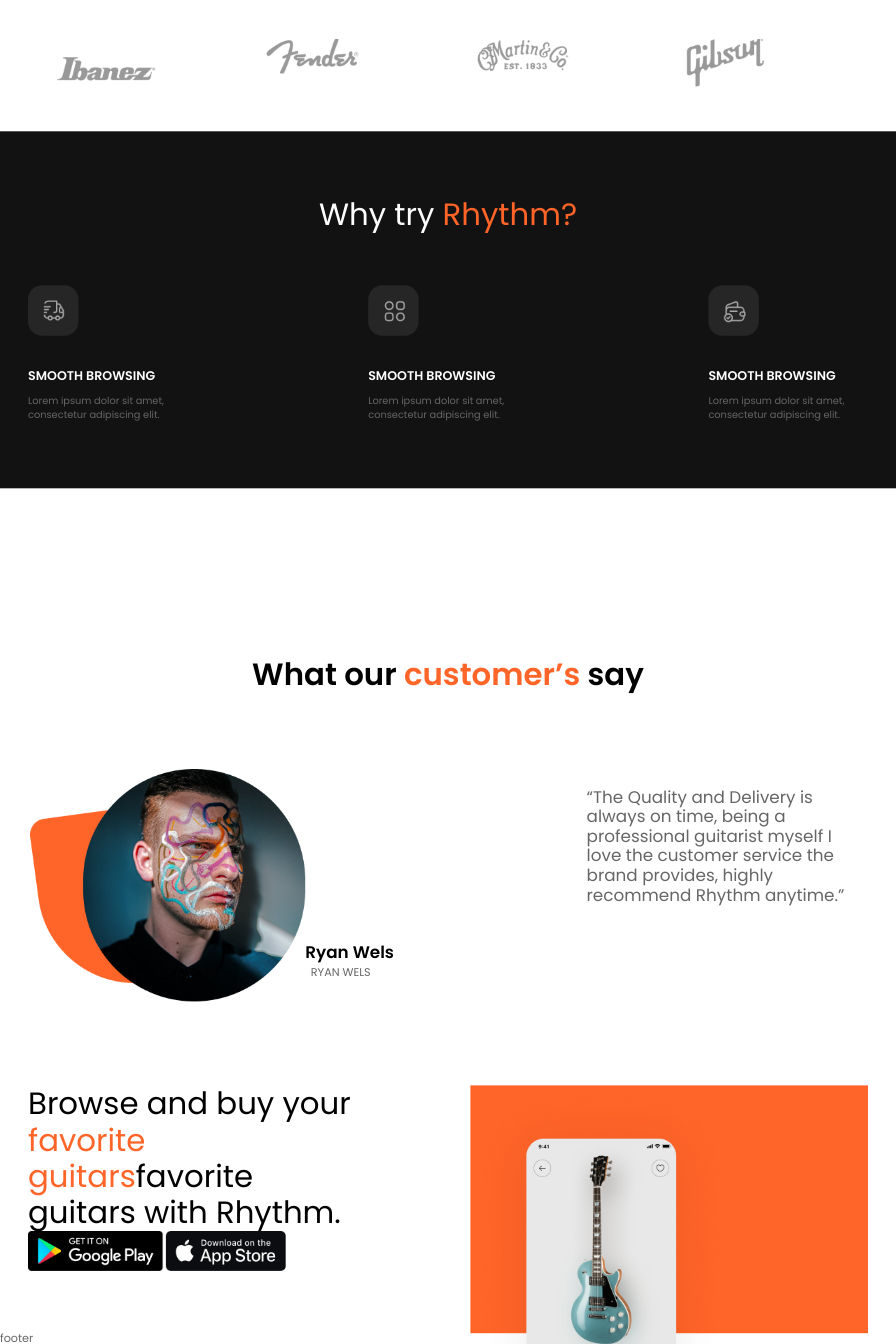
Repository: MorgunovaAlexandra/verstka-gitare-store
Page: index.html
These files come from the project's save history. The page is drawn as it stood at one moment and after a run of saves; the edit follows.
The browser window is 1280 px wide. The pictures show the part of the page from y = 2622 to 4542 px (the page is 4542 px tall), at 70% of full size.

Above is the page before, as saved 2022-06-11 20:01:16.

### index.html
<!DOCTYPE html>
<html lang="en">
<head>
    <meta charset="UTF-8">
    <meta http-equiv="X-UA-Compatible" content="IE=edge">
    <meta name="viewport" content="width=device-width, initial-scale=1.0">
    <link rel="stylesheet" href="./style.css">
    <title>Document</title>
</head>
<body>
    <div class="wrapper">
        <header class="header">
            <div class="header__container _container">
                <a href="" class="header__logo">
                    <img src="./img/logo.svg" alt="">
                </a>
                <nav class="header__menu menu">
                    <ul class="menu__list">
                        <li class="menu__item">
                            <a href="" class="menu__link">Store</a>
                        </li>
                        <li class="menu__item">
                            <a href="" class="menu__link">Collections</a>
                        </li>
                        <li class="menu__item">
                            <a href="" class="menu__link">Support</a>
                        </li>
                    </ul>
                </nav>
            </div>
        </header>
        <main class="page">
            <section class="page__main main">
                <div class="main__container _container">
                    <div class="main__content">
                        <h1 class="main__title">Browse top quality <span>Guitars</span> online</h1>
                        <p class="main__text">Explore 50k+ latest collections of branded guitars online with Rhythm.</p>
                        <div class="main_actions actions-main">
                            <a href="" class="actions-main__button">Get the App</a>
                            <div class="actions-main__icon"><img src="./img/Group.png" alt="playMarket"></div>
                            <div class="actions-main__icon"><img src="./img/Apple logo.png" alt="apple"></div>
                        </div>
                    </div>
                    <div class="main_decor decor-main">
                        <div class="decor-main__image">
                            <img  src="./img/unsplash_H6j0Zsy91WY.png"alt="Main">
                        </div>
                    </div>
                </div>
            </section>
            <section class="page_store store">
               <div class="store_container _container">
                   <h2 class="store_title _title">
                    Check out the <span>Store</span>
                   </h2>
                   <div class="store__body body-store">
                       <div class="body-store__header">
                           <div class="body-store__title">NEW ON THE BOARD</div>
                           <a class="body-store__all">view all</a>
                       </div>
                       <div class="body-store__items">
                           <div class="body-store__item item">
                             <a href="" class="item__image">
                                 <img class="img-gitara" src="./img/1gitara.jpg" alt="gitare">
                             </a>
                             <div class="item__title">The Essential Les Paul</div>
                             <div class="item__price">$1,299.00</div>
                           </div>
                           <div class="body-store__item item">
                            <a href="" class="item__image">
                                <img  class="img-gitara" src="./img/2gitare.jpg" alt="gitare">
                            </a>
                            <div class="item__title">J-45 Standard</div>
                            <div class="item__price">$1,699.00</div>
                          </div>
                          <div class="body-store__item item">
                            <a href="" class="item__image">
                                <img  class="img-gitara" src="./img/3gitare.jpg" alt="gitare">
                            </a>
                            <div class="item__title">Hummingbird Standard</div>
                            <div class="item__price">$2,099.00</div>
                          </div>

                       </div>
                    <div class="body-store__header he">
                        <div class="body-store__title">TOP SELLING</div>
                        <a class="body-store__all">view all</a>
                    </div>
                       <div class="body-store__items">
                        <div class="body-store__item item">
                            <a href="" class="item__image">
                                <img class="img-gitara" src="./img/4gitare.jpg" alt="gitare">
                            </a>
                            <div class="item__title">Active Precision Bass® PH V</div>
                            <div class="item__price">$4,199.00</div>
                        </div>
                        <div class="body-store__item item">
                            <a href="" class="item__image">
                                <img class="img-gitara" src="./img/5gitare.jpg" alt="gitare">
                            </a>
                            <div class="item__title">Redondo Special</div>
                            <div class="item__price">$2,800.00</div>
                        </div>
                        <div class="body-store__item item">
                            <a href="" class="item__image">
                                <img class="img-gitara" src="./img/6gitare.jpg" alt="gitare">
                            </a>
                            <div class="item__title">Professional II Stratocaster®</div>
                            <div class="item__price">$3,199.00</div>
                        </div>
                      </div>
                   </div>
               </div>
            </section>
            <section class="page_categories categories">
              <div class="categories__container _container">
                <h2 class="categories__title _title">
                    Choose based on <span>Categories</span>
                </h2>
                <div class="categories__items">
                   <div class="categories__item item">

                       <img class="item__img" src="./img/categories/Rectangle 139.jpg">
                        <h2 class="item__titlee ">Acoustic</h2>
                   </div>
                   <div class="categories__item item">
                    <img class="item__img" src="./img/categories/Rectangle 140.jpg">
                     <h2 class="item__titlee">Acoustic</h2>
                </div>
                <div class="categories__item item">
                    <img class="item__img" src="./img/categories/Rectangle 141.jpg">
                     <h2 class="item__titlee">Acoustic</h2>
                </div>
                <div class="categories__item item">
                    <img class="item__img" src="./img/categories/Rectangle 142.jpg">
                     <h2 class="item__titlee">Acoustic</h2>
                </div>
                </div>
              </div>

            </section>
            <section class="page__brand brand">
                <div class="brand__container _container">
                    <h2 class="brand__title _title">Featuring the <span>Best Brands</span></h2>

                <div class="brand__items">
                   <div class="brand__item item">
                      <img src="./img/brand/Frame.jpg" alt="brand">
                   </div>
                  <div class="brand__item item">
                    <img src="./img/brand/Group.jpg" alt="brand">
                  </div>
                  <div class="brand__item item">
                    <img src="./img/brand/Group.png" alt="brand">
                  </div>
                  <div class="brand__item item">
                    <img src="./img/brand/Group — копия.png" alt="brand">
                  </div>
                  <div class="brand__item item">
                    <img src="./img/brand/image 3.png" alt="brand">
                  </div>
                  <div class="brand__item item">
                    <img src="./img/brand/image 4.png" alt="brand">
                  </div>
                  <div class="brand__item item">
                    <img src="./img/brand/image 6.png" alt="brand">
                  </div>
                  <div class="brand__item item">
                    <img src="./img/brand/image 8.png" alt="brand">
                  </div>
                </div>
                </div>
            </section>
            <section class="page__rhuthm rhuthm _black">
               <div class="rhuthm__container _container">
                   <div class="rhuthm__title _title">Why try<span> Rhythm?</span></div>
                   <div class="rthuthm__items">
                       <div class="rthuthm__item item">
                           <div class="img_rthuthm">
                            <img class="img-group" src="./img/vidget/group.png">
                            <img class="item__vidget-img" alt="vidget" src="./img/vidget/Rectangle 135.png">
                           </div>
                           <h2 class="item__title-vidget">Smooth Browsing</h2>
                           <div class="item__text-vidget">Lorem ipsum dolor sit amet, consectetur adipiscing elit.</div>
                       </div>
                       <div class="rthuthm__item item">
                        <div class="img_rthuthm">
                            <img class="img-group" src="./img/vidget/category-2.png">
                             <img class="item__vidget-img" alt="vidget" src="./img/vidget/Rectangle 136.png">
                        </div>
                        <h2 class="item__title-vidget">Smooth Browsing</h2>
                        <div class="item__text-vidget">Lorem ipsum dolor sit amet, consectetur adipiscing elit.</div>
                    </div>
                    <div class="rthuthm__item item">
                        <div class="img_rthuthm">
                            <img class="img-group" src="./img/vidget/empty-wallet-tick.png">
                             <img class="item__vidget-img" alt="vidget" src="./img/vidget/Rectangle 137.png">
                        </div>
                        <h2 class="item__title-vidget">Smooth Browsing</h2>
                        <div class="item__text-vidget">Lorem ipsum dolor sit amet, consectetur adipiscing elit.</div>
                    </div>
                   </div>
               </div>
            </section>
            <section class="page__castomers castomers">
                <div class="castomers__container _container">
                      <h2 class="castomers__title _title">What our <span>customer’s</span> say</h2>

                <div class="castomers__body ">

                        <img class="body__img" src="./img/castomers/Group 5203.png" alt="chel">

                    <div class="body__text">
                        <div class="body__text-text">“The Quality and Delivery is always on time, being a professional guitarist myself I love the customer service the brand provides, highly recommend Rhythm anytime.”</div>
                        <div class="body__name">Ryan Wels</div>
                        <div class="body__prof">Ryan Wels</div>
                    </div>
                </div>
            </div>
            </section>
            <section class="page__browse browse">
                 <div class="browse__container _container">
                    <div class="browse__block1">
                        <div class="browse__title _title">Browse and buy your <span>favorite guitars</span>favorite guitars with Rhythm.</div>
                        <img src="./img/browse/Mobile app store badge.png" alt="brows">
                        <img src="./img/browse/Mobile app store badge — копия.png" alt="brows">
                    </div>
                    <div class="browse__block2">
                        <img src="./img/browse/guitar s1.png">
                        <img src="./img/browse/guitar s3.png">
                    </div>

                 </div>
            </section>
        </main>
        <footer class="footer">footer</footer>
    </div>

</body>
</html>

### style.css
@import url('https://fonts.googleapis.com/css2?family=Poppins:wght@400;500;600&display=swap');
*,*::before,*::after{
    margin: 0;
    padding: 0;
    box-sizing: border-box;
    border: none;
}
html,body{
    height: 100%;
    min-width: 320px;
}
body{
    line-height: 1;
    font-family: Poppins;
    font-size: 16px;
    color:#666666;
}
ul{}
li{
    list-style: none;
}
a{
    text-decoration: none;
    color:#666666;
    font-weight: 500;

}
/*-----------------------------------*/
._container{
    max-width: 1230px;
    margin: 0 auto;
    padding: 0px 15px;
}
._title{
    font-size: 44px;
    line-height: 52px;
    color:black
}
._title span{
    color:#FF6428
}
/*-----------------------------------*/
.wrapper{
    display: flex;
    flex-direction: column;
    min-height: 100%;
    overflow: hidden;
}

/*------------------header------------------*/
.header__container{
    display: flex;
    gap:131px;
    min-height: 152px;
    align-items: center;
}
.header__logo{

}
.menu__list{
    display: flex;
    gap:56px;
}
.menu__item{
padding: 5px;
background-color:rgba(255,255,255,0.5);
}
.header{
    position: absolute;
    top:0;
    left: 0;
    width: 100%;
    z-index: 20;
}
@media(max-width:1092px) {
    .header__container{
        gap:50px;
        min-height: 100px;
    }
    .menu__list{
        gap:40px;
    }
}
@media(max-width:768.98px){
    .header__container{
        min-height: 50px;
    }
}
@media(max-width:479.98px){
    .menu__list{
        gap:20px
    }
    .header__logo{
        width: 28px;
        overflow: hidden;
        flex: 0 0 28px
    }
    .header__container{
        gap:20px;
    }
    .menu{
        padding: 0;
    }
}
/*------------------main------------------*/
.page{
    flex:1 1 auto
}
.page__main {
}
.main {
    padding-bottom: 80px;
}
.main__container {
    display: flex;
}
._container {
}
.main__content {
    display: flex;
    flex-direction: column;
    justify-content: space-between;
    flex:1 1 50%;
    align-self: flex-end;
    padding-bottom: 60px;
    padding-top: 120px;
    padding-right: 20px;
}
.main__title {
    font-size: 3.5rem;
    line-height: 67px;
    color:black;
    margin-bottom: 16px;
}
.main__title span{
    color:#FF6428
}
.main__text {
    margin-bottom: 34px;
    font-size: 1.5rem;
}
.main_actions {
}
.actions-main {
    display: flex;
    gap: 40px;
    align-items: center;
}
.actions-main__button {
    background-color: #FF6428;
    color:white;
    padding: 18px 48px;
    border-radius: 40px;
    text-align: center;
    transition: all 0.3s ease 0s;
}
.actions-main__button:hover{
    background-color:#b03808
}
.actions-main__icon {
}
.main_decor {
    flex:1 1 50%
}
.decor-main {
}
.decor-main__image {
    margin-right: -135px;
    position: relative;


}
.decor-main__image img{
    max-width: 672px;
}
.decor-main__image::after{
    content: "";
    background: url("./img/Group\ 5189.png");
    width: 80px;
    height: 80px;
    position: absolute;
    right: 36%;
    bottom: 0;
    transform: translate(0,50%);
}
@media(max-width:1092px){
    .decor-main__image img{
        width: 100%;

    }
    .main__content {
        flex:0 0 60%;
        padding-bottom: 0;
    }
    .main_decor {
        flex:0 0 40%
    }
}
@media(max-width:767.97px){
    .main_decor {
        display: none;
    }
    .main__content {
        flex: 1 1 100%;
        padding-right: 0;
        padding-top: 80px;
    }
    .main__title {
        font-size: 44px;
    }
}
@media(max-width:497.98px){
    .actions-main__button {
        flex:1 1 100%;
    }
    .actions-main__icon {
        display: none;
    }
}
/*-----------SECTION2--------------*/
.store_title{
    text-align: center;
    margin-bottom: 92px;
}

.page_store {
}
.store {
    padding-top: 80px;
    padding-bottom: 90px;
}
.store_container {
}
._container {
}


.store__body {
}
.body-store {
}
.body-store__header {
    display: flex;
    justify-content: space-between;
    gap:15px;
    margin-bottom: 32px;
}
.body-store__title {
    font-size: 20px;
    line-height: 30px;
    color:black;
    font-weight: 600;
}
.body-store__all {
    font-weight: 500;
    font-size: 20px;
}
.body-store__items{
    display: flex;
    justify-content: space-between;
    flex-wrap: wrap;
    margin-bottom: 102px;
}
.item__title{
    font-size: 16px;
    font-weight: 500;
    color:#121212;
    line-height: 24px;
    margin-bottom: 7px;
}
.item__price{
    font-size: 14px;
    line-height: 21px;
    font-weight: 400;
}
.item__image{
    padding-bottom: 40px;

}
.img-gitara{
    max-width: 364px;
}
@media(max-width:767.97px){
    .he{
        display: none;
    }
    .item{
        max-width: 50%;
    }
    .img-gitara{
        width: 100%;
    }
}
@media(max-width:497.98px){
    .he{
        display: none;
    }
    .item{
        max-width: 90%;
    }
    .img-gitara{
        width: 100%;
    }
    .body-store__items{
        justify-content: center;
    }
    .body-store__items{
        margin-bottom: 0;
    }
    .store_title {
        margin-bottom: 10px;
    }
    .store {
        padding-top: 0px;
    }
    .body-store__title {
        font-size: 16px;
    }
    .main{
        padding-bottom: 18px;
    }
}


/*----------SECTION3----------------------*/
.categories__items{
    display: flex;
    justify-content: space-around;
    flex-wrap: wrap;
}
.categories__title{
    text-align: center;
    margin-bottom: 80px;
}
.categories__item{
    position: relative;
    padding: 10px;
}
.item__titlee{
    position: absolute;
    top:80%;
    left: 30px;
    color:white;
    font-weight: 600;
    font-size: 20px;
}
.page_categories{
    padding-bottom: 110px;
}
/*----------------------------SECTION BRAND------------*/
.page__brand{

}
.brand__title{
    text-align: center;
    margin-bottom: 96px;
}
.brand__items{
    display: flex;
    justify-content: space-between;
    flex-wrap: wrap;
}
.brand__item{
    width: 25%;
    padding: 40px;
}
@media(max-width:767.97px){
    .brand__item{
        width: 30%;
        padding: 20px;
}
}
@media(max-width:497.98px){
    .brand__item{
        width: 40%;
        padding: 7px;
    }
}
/*---------------------SECTION BLACK--------------------*/

._black{
    background-color: #121212;
}
.page__rhuthm{
    padding-bottom: 94px;
}
.rthuthm__items{
    display: flex;
    justify-content: space-between;
    flex-wrap: wrap;
}
.rhuthm__title{
    color:white;
    text-align: center;
    padding-top: 93px;
    padding-bottom: 75px;
}
.img_rthuthm{
    position: relative;
    margin-bottom: 40px;
}
.img-group{
    position: absolute;
    top:21px;
    left: 22px;
}
.item__title-vidget{
    color:white;
    font-weight: 600;
    font-size: 18px;
    text-transform: uppercase;
    line-height: 27px;
    margin-bottom: 12px;
}
.item__text-vidget{
    color:#666666;
    font-weight: 400;
    font-size: 14px;
    line-height: 21px;

}
.rthuthm__item{
    width: 19%;
}
@media(max-width:497.98px){
    .rthuthm__item{
        width: 80%;
    }
    .rthuthm__items{
        justify-content: center;
        align-items: center;
    }

    .img_rthuthm {
        margin-bottom: 0;
    }
    .item__text-vidget {
        margin-bottom: 15px;
    }
    .page__rhuthm{
        padding-bottom: 30px;
    }
}
/*---------------------SECTION-CASTOMERS---------*/
.page__castomers{
    padding-bottom: 120px;
}
.castomers__title{
    text-align: center;
    padding-top: 240px;
}
.castomers__body{
    display: flex;
    justify-content: space-around;
    align-items: center;
    margin-top: 109px;

}

.body__text-text{
    width: 50%;
    font-weight: 400;
    line-height: 28px;
    font-size: 24px;
    margin-bottom: 56px;
}
.body__img{
    width: 33%;
}
.body__text{
    display: flex;
    flex-direction: column;

align-items: flex-end;
}
.body__name{
    align-self: flex-start;
    font-weight: 600;
    font-size: 24px;
    color:#000000;
}
.body__prof{
    text-transform: uppercase;
    align-self: flex-start;
    padding: 8px;
}
@media(max-width:767.97px){
    .castomers__title {
        padding-top: 10px;
    }
    .body__img{
        width: 26%;
    }
    .body__text-text{
        margin-bottom: 30px;
    }
    .body__text-text{
        width: 90%;
    }
    .castomers__body{
        align-items: center;
    }
    .body__prof{
        display: none;
    }
    .body__name{
        display: none;
    }
    .page__castomers{
        padding-top: 20px;
    }
}
@media(max-width:497.98px){
    .castomers__body{
        margin-top: 10px;
    }
    .body__img{
        display: none;
    }
    .body__text-text{
        width: 97%;
    }

}
/*----------------SECTION------BREWSE----------*/
.browse__container{
    display: flex;
    justify-content: space-between;
}
.browse__block1{
    width: 40%;
}
.browse__block2{
width: 48%;
background-color: #FF6428;
width: 568px;
height: 354px;
}

After the next 5 saves:
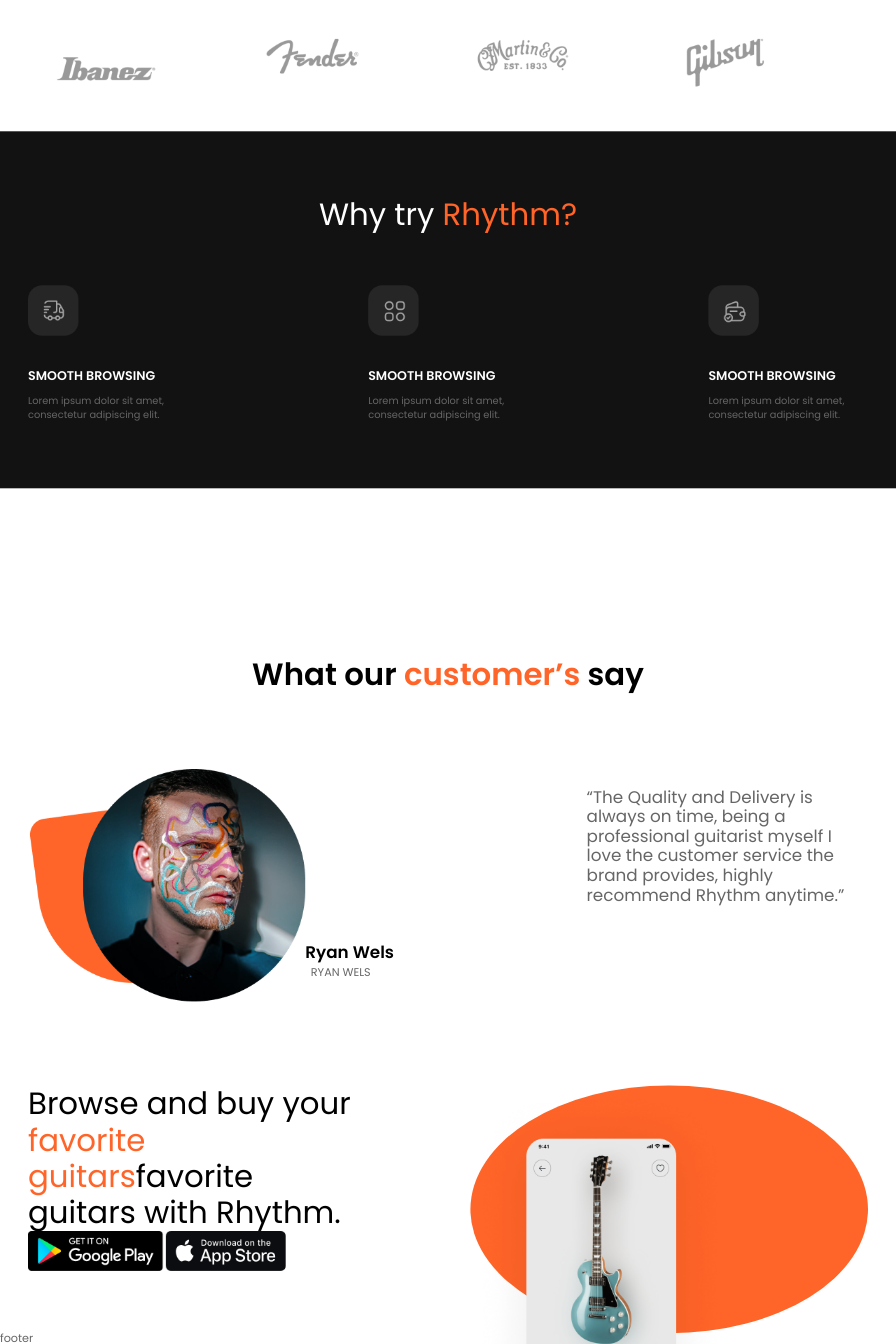
The 5 saves are shown as one change because they came seconds apart.
The last was saved 27 s later.
--- a/style.css
+++ b/style.css
@@ -535,4 +535,5 @@
 background-color: #FF6428;
 width: 568px;
 height: 354px;
-}
+border-radius: 70%;
+}
